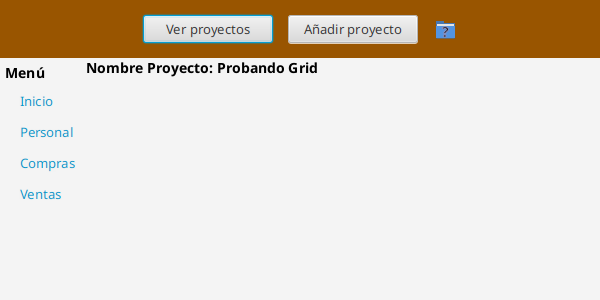
Repository: anxoportela/PROG
Program's window: java Java_Interfaz/ProyectoJavaFX/src/com/acarballeira/javaFX/ejemplo8/App.java
The author's editor kept a copy of each file at every save. The program's window is drawn from the files as they stood at one save, then again after the next save.
It runs on Java 21 on a 1366 x 768 screen with JavaFX 11; the title bar is not drawn. It also reads Java_Interfaz/ProyectoJavaFX/src/com/acarballeira/javaFX/recursos/icona_cartafol.

Above is the program's window before, as saved 2020-03-05 20:46:48.

After the next save:
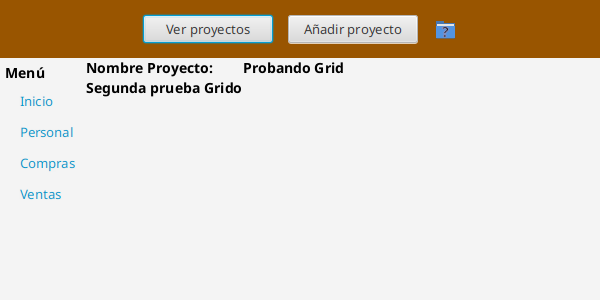
Saved 86 s later.
--- a/Java_Interfaz/ProyectoJavaFX/src/com/acarballeira/javaFX/ejemplo8/App.java
+++ b/Java_Interfaz/ProyectoJavaFX/src/com/acarballeira/javaFX/ejemplo8/App.java
@@ -51,11 +51,15 @@
 
 		Text titulo = new Text("Nombre Proyecto: ");
 		titulo.setFont(Font.font("Verdana", FontWeight.BOLD, 14));
-		grid.add(titulo, 1, 2);
+		grid.add(titulo, 1, 0);
 
 		Text nomeProx = new Text("Probando Grid");
 		nomeProx.setFont(Font.font("Verdana", FontWeight.BOLD, 14));
-		grid.add(nomeProx, 2, 2);
+		grid.add(nomeProx, 2, 0);
+
+		Text entradilla = new Text("Segunda prueba Grido");
+		entradilla.setFont(Font.font("Verdana", FontWeight.BOLD, 14));
+		grid.add(entradilla, 1,1,1,2);
 
 		return grid;
 	}
